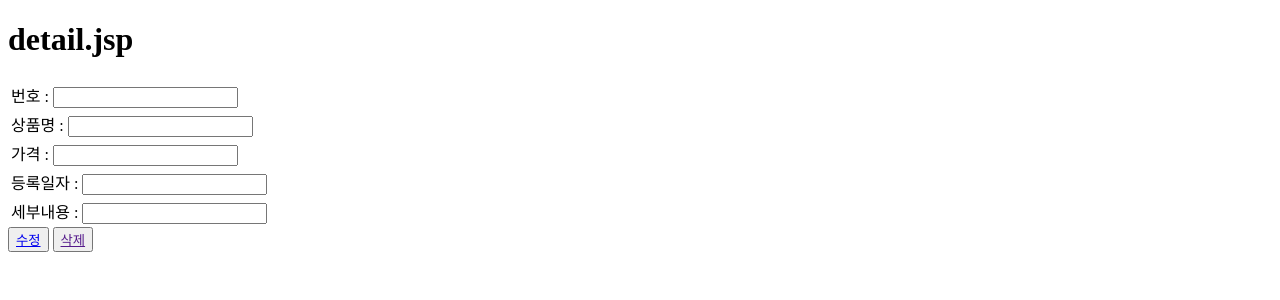
Repository: yangone8249/jsp_project
Page: http://localhost/jsp_study/detail.jsp
The author's editor kept a copy of each file at every save. The page is drawn from the files as they stood at one save, then again after the next save.
The browser window is 1280 px wide. The pictures show the whole page.
The page is served by Tomcat 9.

Above is the page before, as saved 2023-05-11 05:09:01.

After the next save:
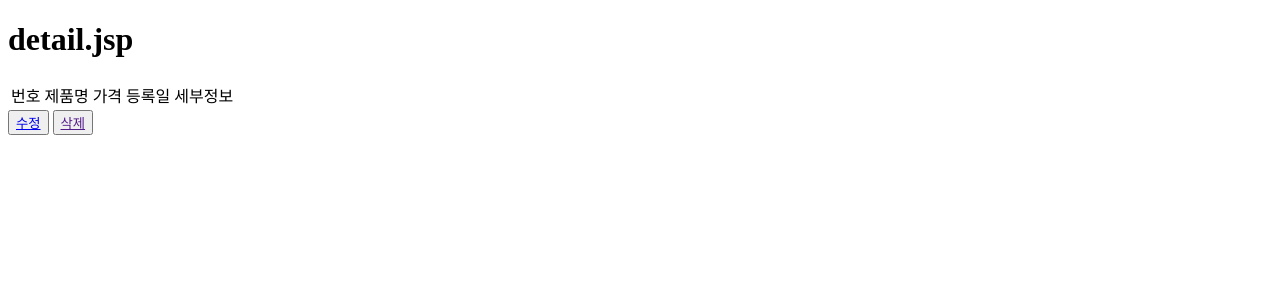
Saved 88 s later.
--- a/jsp_project1/jsp_study/src/main/webapp/detail.jsp
+++ b/jsp_project1/jsp_study/src/main/webapp/detail.jsp
@@ -12,29 +12,22 @@
 	<table>
 		<tr>
 			<td>
-				번호 : <input type="text" name="pno">
+				번호
+			</td>
+			<td>
+				제품명
+			</td>
+			<td>
+				가격
+			</td>
+			<td>
+				등록일
+			</td>
+			<td>
+				세부정보
 			</td>
 		</tr>
-		<tr>
-			<td>
-				상품명 : <input type="text" name="pname">
-			</td>
-		</tr>
-		<tr>
-			<td>
-				가격 : <input type="text" name="price">
-			</td>
-		</tr>
-		<tr>
-			<td>
-				등록일자 : <input type="text" name="regdate">
-			</td>
-		</tr>
-		<tr>
-			<td>
-				세부내용 : <input type="text" name="madeby">
-			</td>
-		</tr>
+
 	</table>
 	<button type="button"><a href="/modify.pd">수정</a></button>
 	<button type="button"><a href=>삭제</a></button>
